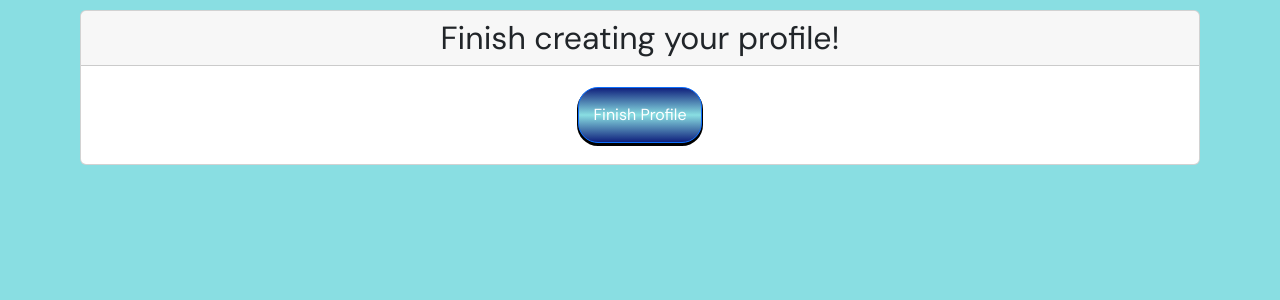
Repository: aiodell/my-glucose-checkup
Page: /me (app in client/)
These files come from the project's save history. The page is drawn as it stood at one moment and after the next save; the edit follows.
The browser window is 1280 px wide. The pictures show the whole page.
The page's requests for data from a server got no answer. The project was rebuilt for these pictures with package versions that can differ from the ones it lists, and the page was loaded fresh each time. No one was signed in, and anything a server would have sent is missing. Also part of the build but not shown: client/src/components/Login.js, client/src/components/Signup.js, client/src/components/Dashboard.js, client/src/components/AllReadings.js, client/src/components/NewReading.js, client/src/components/Home.js, client/src/components/BglUpdateForm.js, client/src/components/BglEventDetails.js and 8 more.

Above is the page before, as saved 2022-10-06 07:00:14.

### client/src/index.js
import React from 'react';
import ReactDOM from 'react-dom/client';
import {BrowserRouter as Router} from "react-router-dom";
import 'bootstrap/dist/css/bootstrap.min.css';
import App from './App';

const root = ReactDOM.createRoot(document.getElementById('root'));
root.render(
  <React.StrictMode>
  <Router>
    <App />
  </Router>
  </React.StrictMode>
);

### client/src/App.js
import { useState, useEffect } from "react"
import { Switch, Route, useHistory } from "react-router-dom"
import NavBar from "./components/NavBar"
import Login from "./components/Login"
import Signup from "./components/Signup"
import Dashboard from "./components/Dashboard"
import AllReadings from "./components/AllReadings"
import NewReading from "./components/NewReading"
import Home from "./components/Home"
import BglEventDetails from "./components/BglEventDetails"
import NewBglEvent from "./components/NewBglEvent"
import Events from "./components/Events"
import UserProfile from "./components/UserProfile"
import CreateProfile from "./components/CreateProfile"
import AllUsers from "./components/AllUsers"
import './styles.css'

const App = () => {
  const [currentUser, setCurrentUser] = useState("")
  const [readings, setReadings] = useState([])
  const [events, setEvents] = useState([])
  const [users, setUsers] = useState([])
  const [following, setFollowing] = useState([])
  const history = useHistory()

  useEffect( () => {
    fetch(`/auto-login`)
    .then((r) => {
      if (r.ok) {
        r.json().then((user) => setCurrentUser(user))
      }else{
        history.push("/login")
      }
    })
  }, [ ])

	useEffect(() => {
		fetch("/events")
		.then((r) => r.json())
		.then(setEvents)
	}, [])

  useEffect(() => {
		fetch("/bgls")
		.then((r) => r.json())
		.then(setReadings)
	}, [])

  useEffect(() => {
    fetch("/users")
    .then((r) => r.json())
    .then(setUsers)
  }, [])

  useEffect(() => {
    fetch("/relationships")
    .then((r) => r.json())
    .then(setFollowing)
  }, [])

  const updateUser = (user) => setCurrentUser(user)

  const addNewReading = (newReading) => {setReadings(readings => [...readings, newReading])}

  const deleteReading = (deletedReading) => {
    setReadings((readings) => readings.filter((reading) => reading.id !== deletedReading))
  }

  const deleteEvent = (deletedEvent) => {
    setEvents((events) => events.filter((event) => event.id !== deletedEvent))
  }

  const updateBgl = (updatedBgl) => {
    setReadings((readings) => readings.map(bgl => bgl.id === updatedBgl.id ? updatedBgl : bgl))
  }

  // add follower to list
  const addNewFollow = (newFollow) => {
    setFollowing(following => [...following, newFollow])
    const copyOfCurrentUser = {...currentUser}
    copyOfCurrentUser.followees.push(newFollow)
    setCurrentUser(copyOfCurrentUser)
  }

  // delete follower from the list
  const deleteFollow = (deletedFollow) => {
    setFollowing((following) => following.filter((following) => following.id !== deletedFollow))
  }

  const removeCurrentFollowing = (deletedFollowee) => {
    const copyOfCurrentUser = {...currentUser}
    copyOfCurrentUser.followees = copyOfCurrentUser.followees.filter(followee => followee.followee_id !== deletedFollowee.followee_id)
    setCurrentUser(copyOfCurrentUser)
  }

   return (
   <div>
    <NavBar
      currentUser = {currentUser}
      updateUser = {updateUser}
    />
    <Switch>
      <Route exact path = "/login">
        <Login updateUser = {updateUser}/>
      </Route>
      <Route exact path = "/signup">
        <Signup />
      </Route>
      <Route exact path = "/dashboard">
        <Dashboard
        currentUser = {currentUser}
        readings = {readings}
        setReadings = {setReadings}
        following = {following}  // will be used to display the highs and lows of a user being followed
        users = {users}
        />
      </Route>
      <Route exact path= "/bgls/all">
        <AllReadings
        readings = {readings}
        setReadings = {setReadings}
        />
      </Route>
      <Route exact path= "/bgls/new">
        <NewReading addNewReading= {addNewReading} />
      </Route>
      <Route exact path= "/bgls/:id/">
        <BglEventDetails
          updateBgl = {updateBgl}
          deleteReading= {deleteReading}
          readings = {readings}
        />
      </Route>
      <Route exact path="/bgls/:id/bgl_events/new">
        <NewBglEvent events= {events}/>
      </Route>
      <Route exact path="/events">
        <Events
          deleteEvent = {deleteEvent}
          events = {events}
          setEvents = {setEvents}
        />
      </Route>
      <Route exact path= "/me">
        <UserProfile
        currentUser = {currentUser}
        users = {users}
        />
      </Route>
      <Route exact path = "/create-profile">
        <CreateProfile />
      </Route>
      <Route exact path= "/users">
        <AllUsers
        currentUser = {currentUser}
        users = {users}
        addNewFollow = {addNewFollow}
        deleteFollow = {deleteFollow}
        removeCurrentFollowing ={removeCurrentFollowing}
        />
      </Route>
      <Route exact path="/">
        <Home
        currentUser = {currentUser}
        setCurrentUser = {setCurrentUser}/>
      </Route>
    </Switch>
   </div>
  )
}

export default App;

### client/src/components/NavBar.js
import { useHistory, NavLink } from 'react-router-dom'
import Container from "react-bootstrap/Container"
import Nav from 'react-bootstrap/Nav';
import Navbar from 'react-bootstrap/Navbar';
import '../styles.css';

const NavBar = ({updateUser, currentUser}) => {
	const history = useHistory()

	// log out only available when logged in
	const handleLogout = (e) => {
		fetch(`/logout`, {
			method: 'DELETE'
		})
		.then(() => {
			updateUser("")
			history.push('/')
		})
	}

	return(
		<>
		{currentUser ?
			<Navbar bg="dark" variant="dark" expand="lg">
			<Container className="nav-bar">
				<Navbar.Brand>My Glucose Checkup</Navbar.Brand>
				<Navbar.Toggle aria-controls="basic-navbar-nav" />
				<Navbar.Collapse id="basic-navbar-nav"></Navbar.Collapse>
					<Nav className="me-auto">
						<NavLink className="nav-link" to="/dashboard">
							<Nav.Item>Dashboard</Nav.Item>
						</NavLink>
						<NavLink className="nav-link" to="/bgls/all">
							<Nav.Item>My BGLs</Nav.Item>
						</NavLink>
						<NavLink className="nav-link" to="/bgls/new">
							<Nav.Item>New Reading</Nav.Item>
						</NavLink>
						<NavLink className="nav-link" to="/me">
							<Nav.Item>My Account</Nav.Item>
						</NavLink>
						<NavLink className="nav-link" to="/users">
							<Nav.Item>All Users</Nav.Item>
						</NavLink>
						<Nav.Link onClick={handleLogout}>Logout</Nav.Link>
					</Nav>
			</Container>
		</Navbar> : null }
		</>
	)
}

export default NavBar

### client/src/components/UserProfile.js
import Button from "react-bootstrap/Button"
import {NavLink, useHistory } from "react-router-dom"
import Container from "react-bootstrap/Container"
import Card from 'react-bootstrap/Card';
import Accordion from "react-bootstrap/Accordion"

const UserProfile = ({currentUser}) => {

	const renderFollowing = currentUser.followees?.map((user) => {
		return(
			<Card>
				<Card.Title>{user.first_name} {user.last_name}</Card.Title>
				<Card.Text></Card.Text>
			</Card>
		)
	})

	return(
		<div>
			{currentUser.has_profile ?
			<Container className="profile-container">
				<Card className= "user-profile">
					<Card.Header as="h2">Hello {currentUser.first_name}!</Card.Header>
					<Card.Body>
						<Card.Title className="card-title">Personal Information</Card.Title>
					</Card.Body>
					<Card.Body>
						<Card.Text className="body-1"><b>Full Name: </b>{currentUser.first_name} {currentUser.last_name}</Card.Text>
						<Card.Text className="body-2"><b>Date of birth: </b>{currentUser.profile.month} / {currentUser.profile.day} / {currentUser.profile.year}</Card.Text>
						<Card.Text><b>Email: </b>{currentUser.email}</Card.Text>
						<Card.Text><b>Phone Number: </b>{currentUser.profile.phone}</Card.Text>
					</Card.Body>
				</Card>
				{/* who the user is following */}
				<Accordion as={Card} className= "user-profile">
					<Accordion.Header as="h2" className="follow-header">
						Following
					</Accordion.Header>
					<Accordion.Body>{renderFollowing}</Accordion.Body>
				</Accordion>
			</Container>
			:
				<Container className="container-style">
				<Card className= "user-profile">
				<Card.Header as="h2">Finish creating your profile!</Card.Header>
					<Card.Body>
						<NavLink to="/create-profile">
							<Button className="btns">Finish Profile</Button>
						</NavLink>
					</Card.Body>
				</Card>
				</Container>
			}
		</div>
	)
}

export default UserProfile

### client/src/styles.css
@import url('https://fonts.googleapis.com/css2?family=DM+Sans&display=swap');
@import url('https://fonts.googleapis.com/css2?family=Carter+One&family=DM+Sans&display=swap');

body {
  font-family: 'DM Sans', sans-serif;
  background-color:	#89dee2;
  margin: 0px;
}

/*Universal */
.btns {
  background-image: linear-gradient(#10217d,	#89dee2,#10217d);
  color: rgb(255, 255, 255);
  padding: 15px;
  margin: 5px;
  text-align: center;
  border-radius: 20px;
  box-shadow: 0px 2px 0px 1px black;
  text-decoration: none;
}

.container-style{
  text-align: center;
  padding: 10px;
  position: relative;
}

.navbar-brand{
  font-family: 'Carter One', cursive;
  font-size: 2rem;
  text-align:left
}

/*Home Page */
.Home {
  text-align: center;
}

.home-background {
  background-color: #88c7b2;
  min-height: 100vh;
  display: flex;
  flex-direction: column;
  align-items: center;
  justify-content: center;
  font-size: calc(10px + 2vmin);
  color: white;
}

.welcome {
  font-family: 'Carter One', cursive;
  text-shadow: 2px 2px black;
  text-align: center;
}

.home-btn-div {
  align-content: center;
}

/*Forms */
.form-style{
  margin-top: 100px;
  border-radius: 20px;
  box-shadow: 0px 2px 0px 1px black;
  background-image: linear-gradient(#67eabe, #ffffff);
  color: rgb(0, 0, 0);
}
.title{
  padding: 20px;
  position: relative;
}

/*Dashbord */
.dash-container{
  margin-top: 100px;
  padding: 20px;
  background-image: linear-gradient(#67eabe, #ffffff);
  border-radius: 25px;
  position: relative;
}

.current-bgl{
  border-radius: 50%;
  height: 150px;
  width: 150px;
  vertical-align: middle;
  left: 44%;
  position: relative;
  box-shadow: 2px 2px 2px 2px black;
  background-image: linear-gradient(#67eabe, #ffffff);
}

.current-txt{
  text-align: center;
  font-size: 4rem;
  padding-top: 40px;
  padding-left: 5px;
  position: relative;
}

.low-high-avg{
  padding: 20px;
  position: relative;
}

.dash-title{
  font-family: 'Carter One', cursive;
  text-shadow: 2px 2px 2px black;
  color: white
}

/*Events */

.list{
  list-style: none;
  padding: 5px;
  font-size: 150%;
}

.event-container-style{
  text-align: center;
  padding: 10px;
  position: relative;
  margin: 5px;
}

.delete-btn{
  background-image: linear-gradient(#67eabe, #ffffff);
  color: rgb(0, 0, 0);
  padding: 5px;
  margin: 5px;
  text-align: center;
  box-shadow: 0px 2px 0px 1px black;
  text-decoration: none;
}
.event-card{
  vertical-align: middle;
  left: 39%;
  position: relative;
}

/*All bgls*/
.all-bgl-container-style{
  align-content: center;
  margin-top: 20px;
  text-align: center;
  display: relative;
  position:relative;
  max-width: 50%;
}

.link-text-style{
  text-decoration: none;
}

.pages {
  display: flex;
  justify-content: center;
  margin-top: 20px;
}

.bgl-card{
  margin: 10px;
  text-decoration: none;
  color: black;
  box-shadow: 0px 2px 0px 2px black;
}

.card-title{
  font-size: 150%;
}

.search {
  width: 50%;
  text-align: center;

  position: relative;
  display: block;
  margin: auto;
  padding: 2rem;
}

.searchTerm {
  text-align: center;
  width: 100%;
  border: 3px solid #004e59;
  padding: 5px;
  height: 3rem;
  border-radius: 5px;
  outline: none;
  font-size: 1.5rem;
}

/* Profile Completion Form */
.form-title{
  text-align: center;
  margin-top: 15px;
}

.profile-completion{
  text-align: center;
  padding: 15px;
  margin: 10px;
  box-shadow: 1px 2px 0px 1px black;
  background-image: linear-gradient(#eaeaea, #ffffff);
  color: rgb(0, 0, 0);
}

.profile-label{
  margin-bottom: 5px;
  margin-top: 10px;
}

.form-check{
  margin-top: 5px
}

/*profile container*/
.profile-container{
  align-content: center;
  margin-top: 20px;
  text-align: center;
  display: relative;
  position:relative;
  max-width: 50%;
}

Loaded but not shown: client/public/index.html (common file)

After the next save:
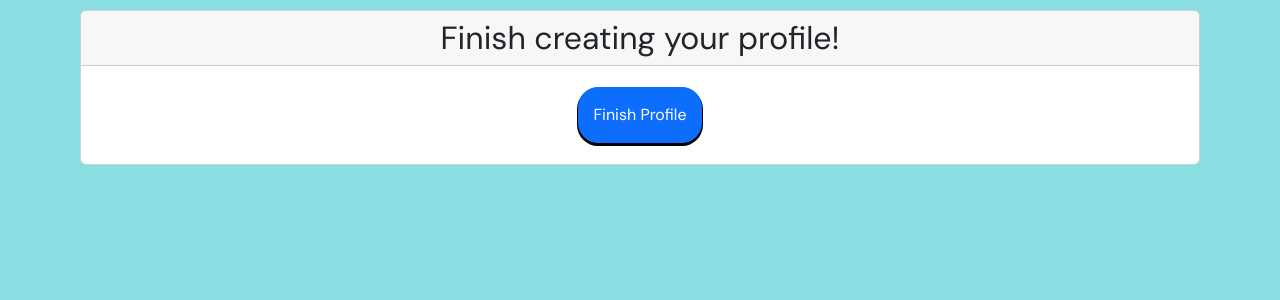
Saved 22 s later.
--- a/client/src/styles.css
+++ b/client/src/styles.css
@@ -9,7 +9,7 @@ body {
 
 /*Universal */
 .btns {
-  background-image: linear-gradient(#10217d,	#89dee2,#10217d);
+  background-image: linear-gradient(#89dee2,	#10217d, #89dee2,);
   color: rgb(255, 255, 255);
   padding: 15px;
   margin: 5px;
